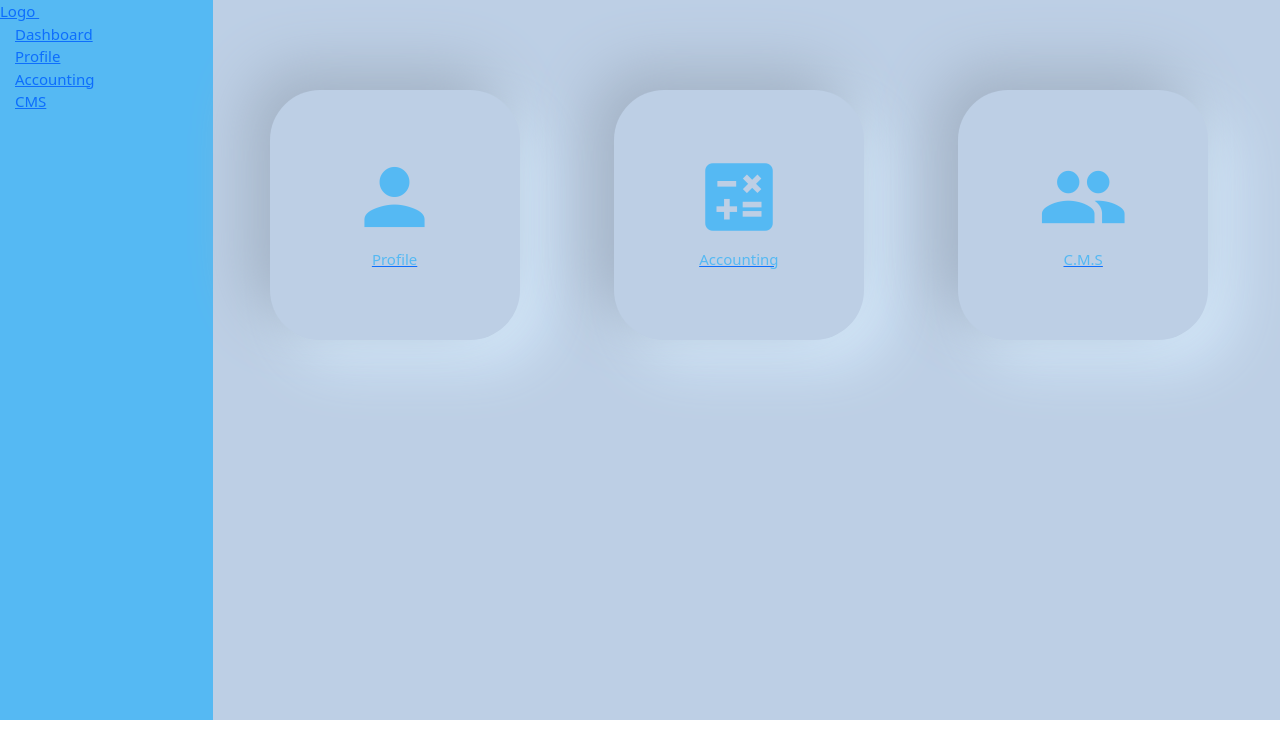
Repository: latenightsnacc/AllinOne
Page: Design/index.html
These files come from the project's save history. The page is drawn as it stood at one moment and after the next save; the edit follows.
The browser window is 1280 px wide. The pictures show the whole page.
The style sheet was rebuilt from its Sass, Less or Tailwind sources for each picture, by a compiler version that may differ from the author's.

Above is the page before, as saved 2020-09-16 13:29:02.

### Design/index.html
<!DOCTYPE html>
<html lang="en">
<head>
    <meta charset="UTF-8">
    <meta name="viewport" content="width=device-width, initial-scale=1.0">
    <!--Icons-->
    <link href="https://fonts.googleapis.com/icon?family=Material+Icons" rel="stylesheet">
    <!-- Compiled and minified CSS -->
    <link rel="stylesheet" href="https://cdnjs.cloudflare.com/ajax/libs/materialize/1.0.0/css/materialize.min.css">
    <link rel="stylesheet" href="https://stackpath.bootstrapcdn.com/bootstrap/5.0.0-alpha1/css/bootstrap.min.css" integrity="sha384-r4NyP46KrjDleawBgD5tp8Y7UzmLA05oM1iAEQ17CSuDqnUK2+k9luXQOfXJCJ4I" crossorigin="anonymous">
    <!--Custom css-->
    <link rel="stylesheet" href="Styles.css">
    <title>Welcome Page</title>
</head>
<body>
    <div class="row g-0">
        <div class="col-xs-3 col-sm-3 col-md-2 col-lg-2 col-xl-2">
            <div class="sidebar">
                <a href="#">
                    Logo
                    <img src="" alt="" />
                </a>
                <div class="container">
                    <ul class="side-menu">
                        <li class="side-link">
                            <a href="index.html">
                                <span class="nav-icon"></span>
                                Dashboard
                            </a>
                        </li>
                        <li class="side-link">
                            <a href="index.html">
                                <span class="nav-icon"></span>
                                Profile
                            </a>
                        </li class="side-link">
                        <li>
                            <a href="index.html">
                                <span class="nav-icon"></span>
                                Accounting
                            </a>
                        </li>
                        <li class="side-link">
                            <a href="index.html">
                                <span class="nav-icon"></span>
                                CMS
                            </a>
                        </li>
                    </ul>
                </div>
            </div>
        </div>

        <div class="col-xs-9 col-sm-9 col-md-10 col-lg-10 col-xl-10">
            <div class="wrapper">
                <div class="welcome-box py-5">

                </div>
                <div class="row ml-5">
                    <div class="col-xs-12 col-sm-12 col-md-4 col-lg-4 col-xl-4 col-xxl-4">
                        <a href="#">
                            <div class="cardNew greyBs">
                                <div class="card-content">
                                    <div class="card-icon">
                                        <i class="large material-icons">person</i>
                                    </div>
                                    <div class="card-title text-center">Profile</div>

                                </div>
                            </div>
                        </a>
                    </div>
                    <div class="col-xs-12 col-sm-12 col-md-4 col-lg-4 col-xl-4 col-xxl-4">
                        <a href="#">
                            <div class="cardNew greyBs">
                                <div class="card-content">
                                    <div class="card-icon">
                                        <i class="large material-icons">calculate</i>
                                    </div>
                                    <div class="card-title text-center">Accounting</div>

                                </div>
                            </div>
                        </a>
                    </div>
                    <div class="col-xs-12 col-sm-12 col-md-4 col-lg-4 col-xl-4 col-xxl-4">
                        <a href="#">
                            <div class="cardNew greyBs">
                                <div class="card-content">
                                    <div class="card-icon">
                                        <i class="large material-icons">people</i>
                                    </div>
                                    <div class="card-title text-center">C.M.S</div>

                                </div>
                            </div>
                        </a>
                    </div>
                </div>
            </div>

        </div>
    </div>


    <script src="https://cdn.jsdelivr.net/npm/popper.js@1.16.0/dist/umd/popper.min.js" integrity="sha384-Q6E9RHvbIyZFJoft+2mJbHaEWldlvI9IOYy5n3zV9zzTtmI3UksdQRVvoxMfooAo" crossorigin="anonymous"></script>
    <script src="https://stackpath.bootstrapcdn.com/bootstrap/5.0.0-alpha1/js/bootstrap.min.js" integrity="sha384-oesi62hOLfzrys4LxRF63OJCXdXDipiYWBnvTl9Y9/TRlw5xlKIEHpNyvvDShgf/" crossorigin="anonymous"></script>
</body>
</html>

### Design/Styles.scss
@import 'variables';

*{
    margin: 0;
    padding: 0;
    box-sizing: border-box;
    list-style: none;
    text-decoration: none;

}
body, html {
    overflow: hidden;
}

.sidebar, .wrapper {
    height: 100vh;
}

.sidebar {
    background-color: $blue;


}
.wrapper {
    background-color: $grey;
}
.greyBs {
    background-color: $grey;
    box-shadow: $bsGrey;
    border-radius: $borderR;
    color: $blue;
}
.cardNew{
    display: flex;
    flex-direction: column;
    align-items: center;
    justify-content: center;
    width: 250px;
    height: 250px;
}

### Design/_variables.scss
$blue: #55b9f3;
$white: #fff;
$grey: #bdcfe5;
$grey2: #f6f3ed;
$borderR: 50px;
$Brb: 50px;
$bsGrey:  -20px -20px 60px #a1b0c3,
20px 20px 60px #d9eeff;
$bsBlue:  20px 20px 60px #489dcf,
-20px -20px 60px #62d5ff;

After the next save:
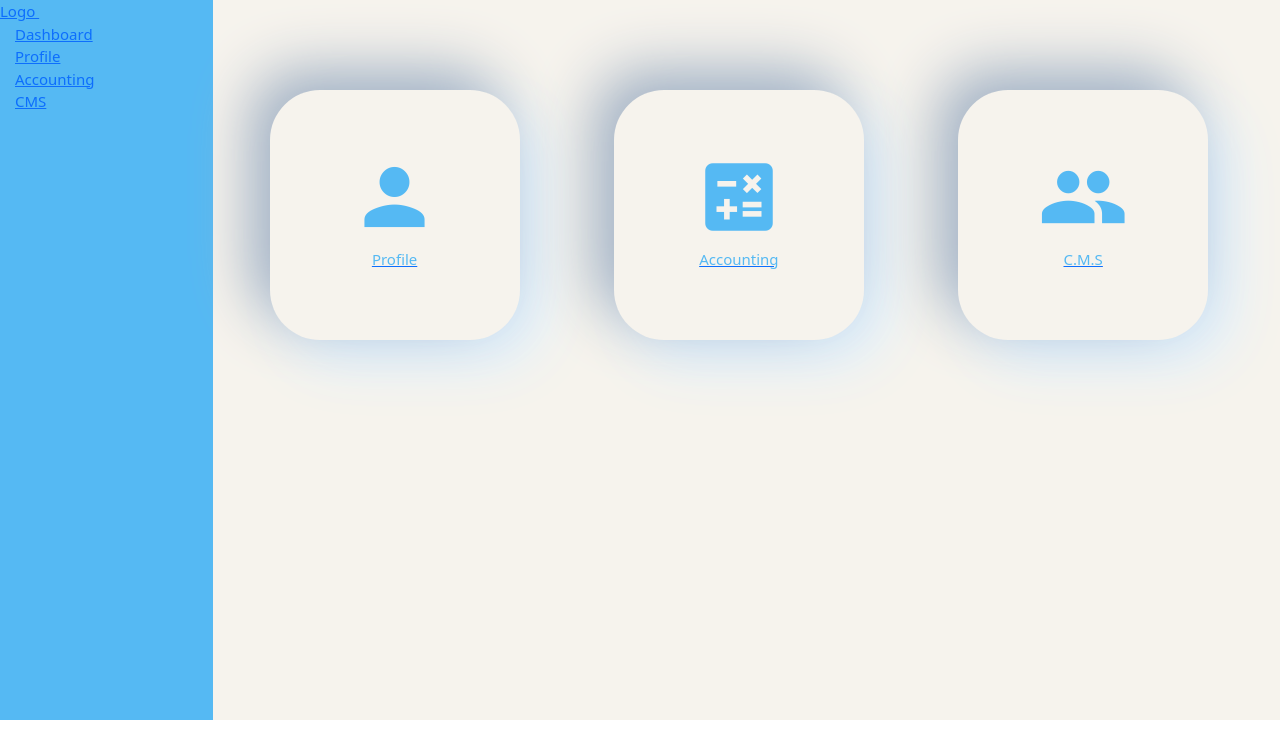
Saved 14 min 57 s later.
--- a/Design/_variables.scss
+++ b/Design/_variables.scss
@@ -1,7 +1,7 @@
 $blue: #55b9f3;
 $white: #fff;
-$grey: #bdcfe5;
-$grey2: #f6f3ed;
+// $grey: #bdcfe5;
+$grey: #f6f3ed;
 $borderR: 50px;
 $Brb: 50px;
 $bsGrey:  -20px -20px 60px #a1b0c3,
